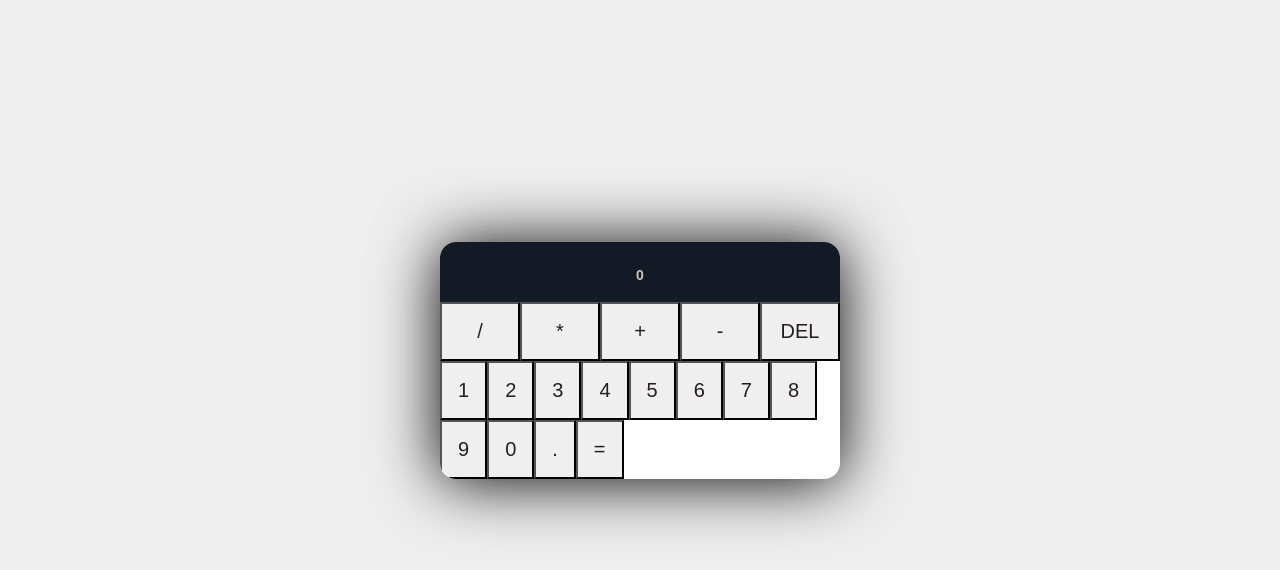
Repository: wakoya-tech/calculator-app
Page: /
An editor plug-in stored every save of this project. The page is shown before and after the next save, followed by the edit.
The browser window is 1280 px wide. The pictures show the whole page.
The project was rebuilt for these pictures with package versions that can differ from the ones it lists, and the page was loaded fresh each time. Also part of the build but not shown: vite.config.js.

Above is the page before, as saved 2025-10-16 23:24:00.

After the next save:
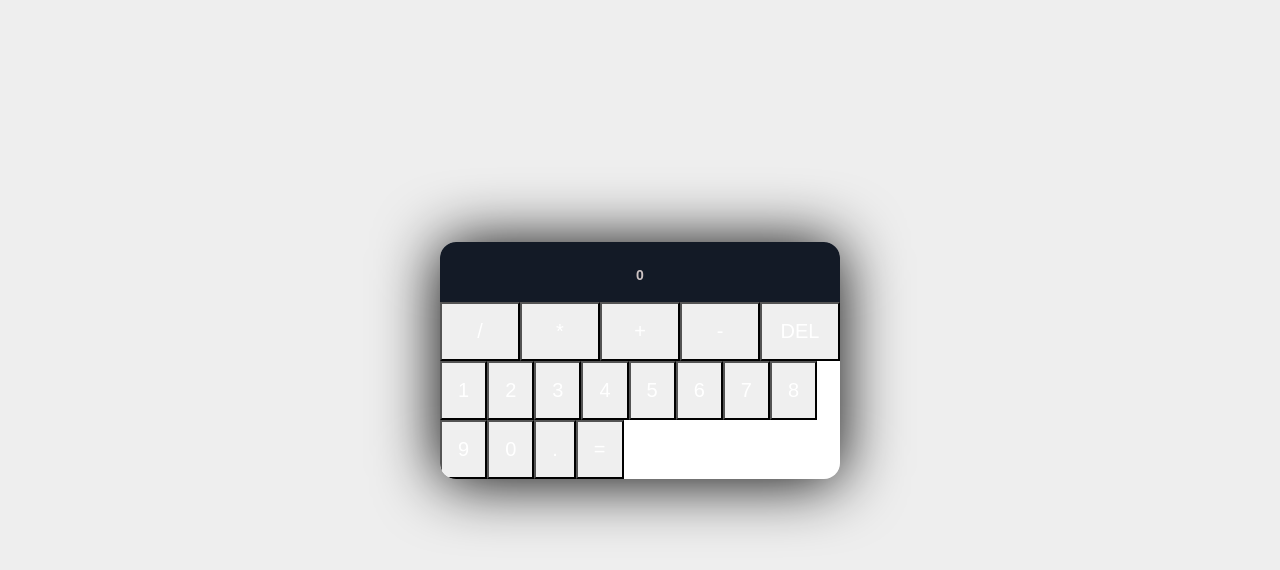
Saved 41 s later.
--- a/src/App.css
+++ b/src/App.css
@@ -45,7 +45,7 @@ button{
   appearance: none;
 
   outline: none;
-  color: #241f1f;
+  color: #fff;
   font-size: 20px;
   padding: 16px;
   cursor: pointer;
